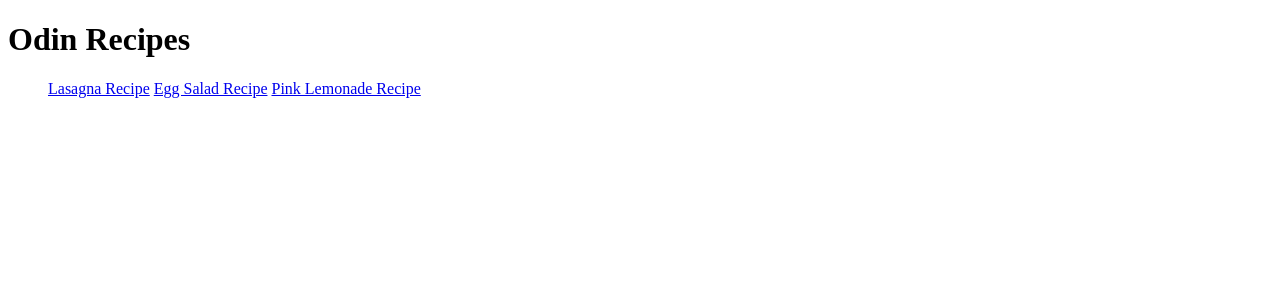
Repository: rsoetydev/odin-recipes
Page: index.html
These files come from the project's save history. The page is drawn as it stood at one moment and after the next save; the edit follows.
The browser window is 1280 px wide. The pictures show the whole page.

Above is the page before, as saved 2023-11-25 11:31:35.

### index.html
<!DOCTYPE html>
<html lang="en">
<head>
    <meta charset="UTF-8">
    <meta name="viewport" content="width=device-width, initial-scale=1.0">
    <title>Odin Recipes</title>
</head>
<body>
    <h1>Odin Recipes</h1>
    <ul>
        <a href="recipes/lasagna.html">Lasagna Recipe</a>
        <a href="recipes/eggsalad.html">Egg Salad Recipe</a>
        <a href="recipes/pinklemonade.html">Pink Lemonade Recipe</a>
    </ul>

</body>
</html>

After the next save:
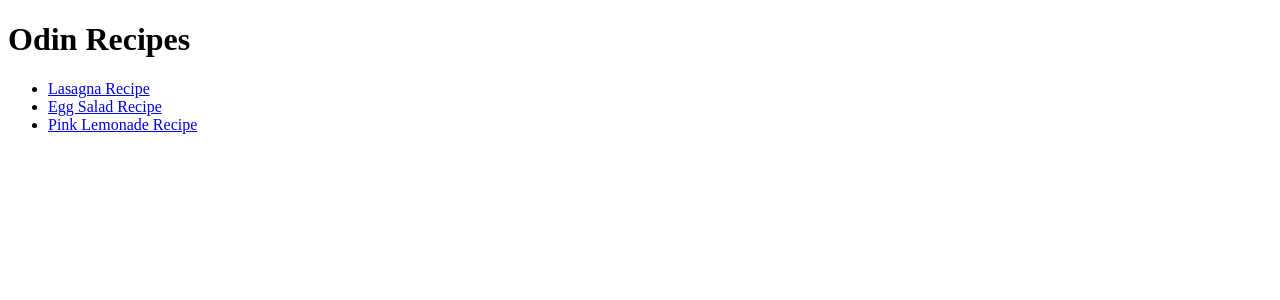
Saved 30 s later.
--- a/index.html
+++ b/index.html
@@ -8,9 +8,9 @@
 <body>
     <h1>Odin Recipes</h1>
     <ul>
-        <a href="recipes/lasagna.html">Lasagna Recipe</a>
-        <a href="recipes/eggsalad.html">Egg Salad Recipe</a>
-        <a href="recipes/pinklemonade.html">Pink Lemonade Recipe</a>
+        <li><a href="recipes/lasagna.html">Lasagna Recipe</a></li>
+        <li><a href="recipes/eggsalad.html">Egg Salad Recipe</a></li>
+        <li><a href="recipes/pinklemonade.html">Pink Lemonade Recipe</a></li>
     </ul>
 
 </body>
